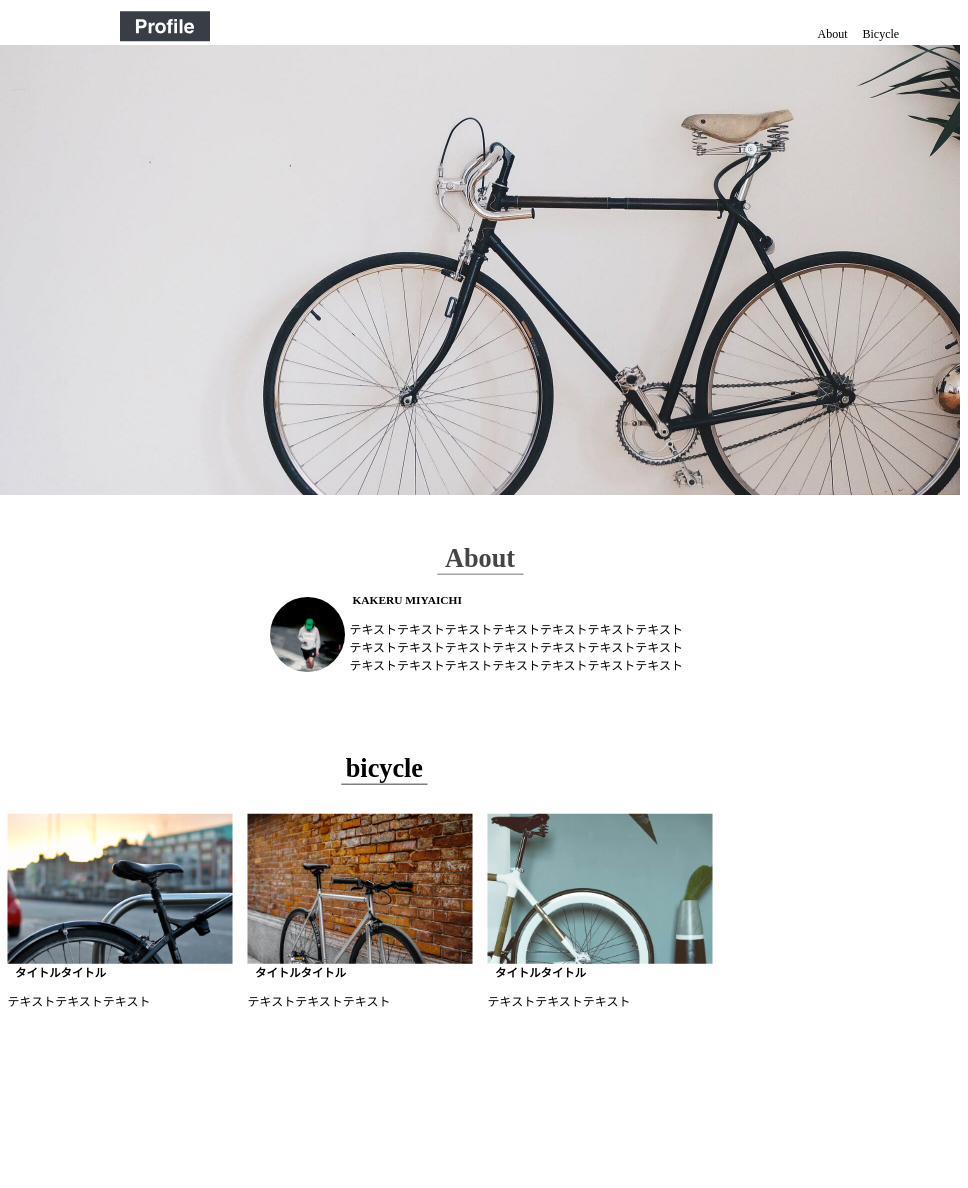
Repository: KubotaAtsushi/samurai_HTML-CSS
Page: 20210406/index.html
The author's editor kept a record of every edit. The page is drawn from the files as they stood at one moment, then again after the next edit.
The browser window is 1280 px wide. The page is 1280 px wide, then 1290 px, so the pictures cover 1290 px, including what lies to the right of the window. The pictures show the whole page, at 75% of full size.

Above is the page before.

After the next edit:
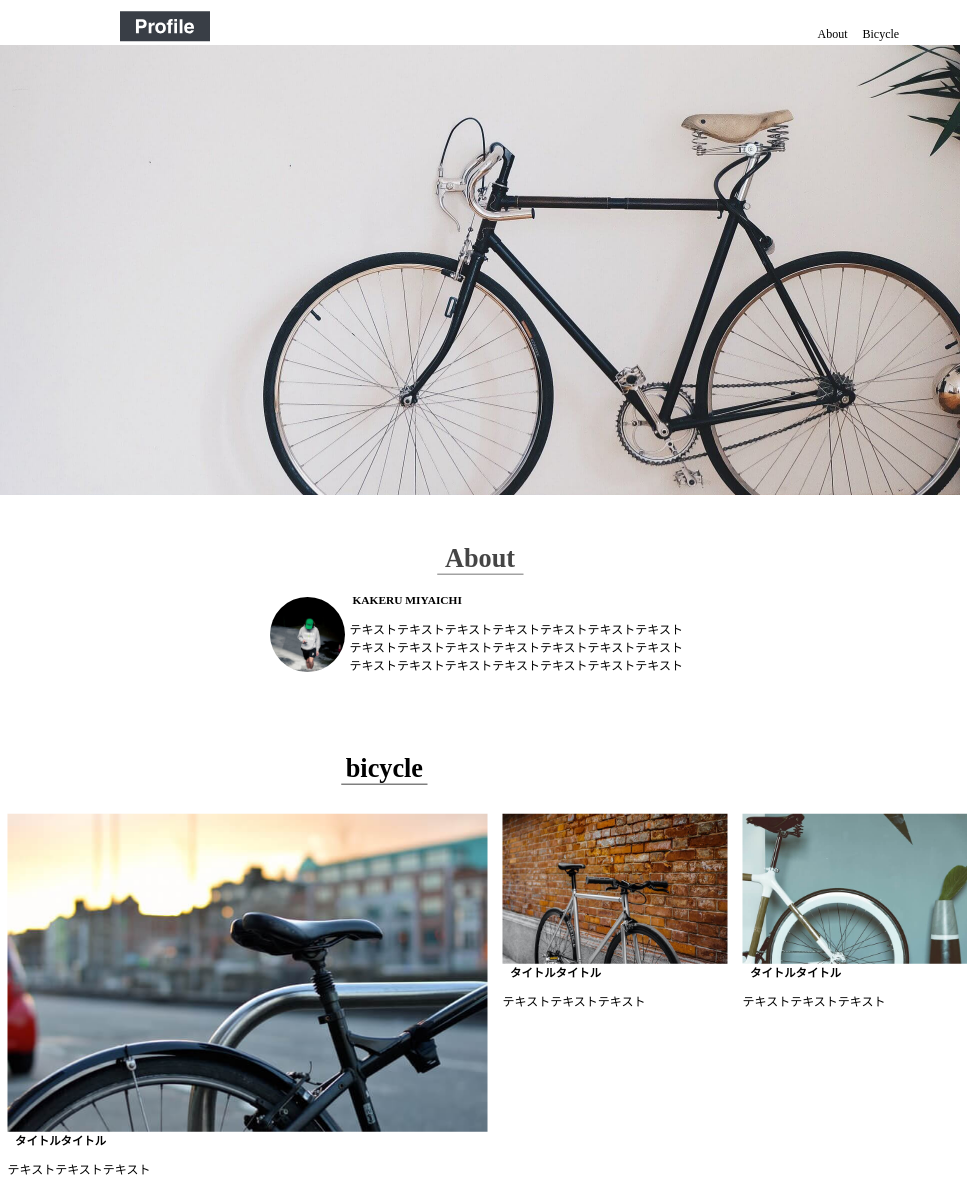
The edit:
--- a/20210406/index.html
+++ b/20210406/index.html
@@ -36,7 +36,7 @@
                 <h2>bicycle</h2>
                     <ul>
                         <li>
-                            <img src="img/bicycle1.jpg" width="300" height="200" alt=bicycle1>
+                            <img class="bicycle" src="img/bicycle1.jpg" alt=bicycle1>
                             <h3>タイトルタイトル</h3>
                             <p>テキストテキストテキスト</p>
                         </li>
